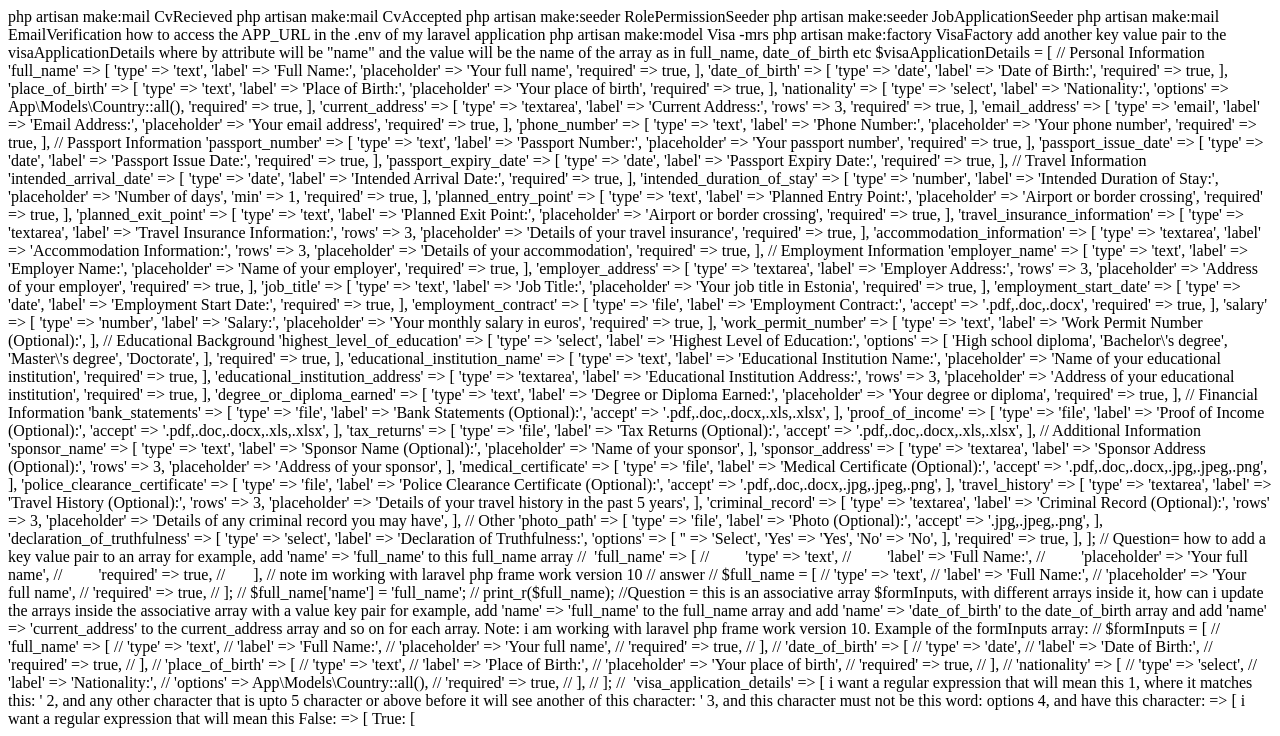
Repository: greatchriz/job
Page: project.html
An editor plug-in stored every save of this project. The page is shown before and after the next save, followed by the edit.
The browser window is 1280 px wide. The pictures show the whole page.

Above is the page before, as saved 2023-12-08 16:20:27.

### project.html
php artisan make:mail CvRecieved

php artisan make:mail CvAccepted


php artisan make:seeder RolePermissionSeeder


php artisan make:seeder JobApplicationSeeder

php artisan make:mail EmailVerification

how to access the APP_URL in the .env of my laravel application

php artisan make:model Visa -mrs

php artisan make:factory VisaFactory

<!-- question -->
add another key value pair to the visaApplicationDetails where by attribute will be "name" and the value will be the name of the array as in full_name, date_of_birth etc

<!-- visaApplicationDetails -->

$visaApplicationDetails = [
    // Personal Information
    'full_name' => [
        'type' => 'text',
        'label' => 'Full Name:',
        'placeholder' => 'Your full name',
        'required' => true,
    ],
    'date_of_birth' => [
        'type' => 'date',
        'label' => 'Date of Birth:',
        'required' => true,
    ],
    'place_of_birth' => [
        'type' => 'text',
        'label' => 'Place of Birth:',
        'placeholder' => 'Your place of birth',
        'required' => true,
    ],
    'nationality' => [
        'type' => 'select',
        'label' => 'Nationality:',
        'options' => App\Models\Country::all(),
        'required' => true,
    ],
    'current_address' => [
        'type' => 'textarea',
        'label' => 'Current Address:',
        'rows' => 3,
        'required' => true,
    ],
    'email_address' => [
        'type' => 'email',
        'label' => 'Email Address:',
        'placeholder' => 'Your email address',
        'required' => true,
    ],
    'phone_number' => [
        'type' => 'text',
        'label' => 'Phone Number:',
        'placeholder' => 'Your phone number',
        'required' => true,
    ],

    // Passport Information
    'passport_number' => [
        'type' => 'text',
        'label' => 'Passport Number:',
        'placeholder' => 'Your passport number',
        'required' => true,
    ],
    'passport_issue_date' => [
        'type' => 'date',
        'label' => 'Passport Issue Date:',
        'required' => true,
    ],
    'passport_expiry_date' => [
        'type' => 'date',
        'label' => 'Passport Expiry Date:',
        'required' => true,
    ],

    // Travel Information
    'intended_arrival_date' => [
        'type' => 'date',
        'label' => 'Intended Arrival Date:',
        'required' => true,
    ],
    'intended_duration_of_stay' => [
        'type' => 'number',
        'label' => 'Intended Duration of Stay:',
        'placeholder' => 'Number of days',
        'min' => 1,
        'required' => true,
    ],
    'planned_entry_point' => [
        'type' => 'text',
        'label' => 'Planned Entry Point:',
        'placeholder' => 'Airport or border crossing',
        'required' => true,
    ],
    'planned_exit_point' => [
        'type' => 'text',
        'label' => 'Planned Exit Point:',
        'placeholder' => 'Airport or border crossing',
        'required' => true,
    ],
    'travel_insurance_information' => [
        'type' => 'textarea',
        'label' => 'Travel Insurance Information:',
        'rows' => 3,
        'placeholder' => 'Details of your travel insurance',
        'required' => true,
    ],
    'accommodation_information' => [
        'type' => 'textarea',
        'label' => 'Accommodation Information:',
        'rows' => 3,
        'placeholder' => 'Details of your accommodation',
        'required' => true,
    ],

    // Employment Information
    'employer_name' => [
        'type' => 'text',
        'label' => 'Employer Name:',
        'placeholder' => 'Name of your employer',
        'required' => true,
    ],
    'employer_address' => [
        'type' => 'textarea',
        'label' => 'Employer Address:',
        'rows' => 3,
        'placeholder' => 'Address of your employer',
        'required' => true,
    ],
    'job_title' => [
        'type' => 'text',
        'label' => 'Job Title:',
        'placeholder' => 'Your job title in Estonia',
        'required' => true,
    ],

    'employment_start_date' => [
    'type' => 'date',
    'label' => 'Employment Start Date:',
    'required' => true,
],
'employment_contract' => [
    'type' => 'file',
    'label' => 'Employment Contract:',
    'accept' => '.pdf,.doc,.docx',
    'required' => true,
],
'salary' => [
    'type' => 'number',
    'label' => 'Salary:',
    'placeholder' => 'Your monthly salary in euros',
    'required' => true,
],
'work_permit_number' => [
    'type' => 'text',
    'label' => 'Work Permit Number (Optional):',
],

// Educational Background
'highest_level_of_education' => [
    'type' => 'select',
    'label' => 'Highest Level of Education:',
    'options' => [
        'High school diploma',
        'Bachelor\'s degree',
        'Master\'s degree',
        'Doctorate',
    ],
    'required' => true,
],
'educational_institution_name' => [
    'type' => 'text',
    'label' => 'Educational Institution Name:',
    'placeholder' => 'Name of your educational institution',
    'required' => true,
],
'educational_institution_address' => [
    'type' => 'textarea',
    'label' => 'Educational Institution Address:',
    'rows' => 3,
    'placeholder' => 'Address of your educational institution',
    'required' => true,
],
'degree_or_diploma_earned' => [
    'type' => 'text',
    'label' => 'Degree or Diploma Earned:',
    'placeholder' => 'Your degree or diploma',
    'required' => true,
],

// Financial Information
'bank_statements' => [
    'type' => 'file',
    'label' => 'Bank Statements (Optional):',
    'accept' => '.pdf,.doc,.docx,.xls,.xlsx',
],
'proof_of_income' => [
    'type' => 'file',
    'label' => 'Proof of Income (Optional):',
    'accept' => '.pdf,.doc,.docx,.xls,.xlsx',
],
'tax_returns' => [
    'type' => 'file',
    'label' => 'Tax Returns (Optional):',
    'accept' => '.pdf,.doc,.docx,.xls,.xlsx',
],

// Additional Information
'sponsor_name' => [
    'type' => 'text',
    'label' => 'Sponsor Name (Optional):',
    'placeholder' => 'Name of your sponsor',
],
'sponsor_address' => [
    'type' => 'textarea',
    'label' => 'Sponsor Address (Optional):',
    'rows' => 3,
    'placeholder' => 'Address of your sponsor',
],
'medical_certificate' => [
    'type' => 'file',
    'label' => 'Medical Certificate (Optional):',
    'accept' => '.pdf,.doc,.docx,.jpg,.jpeg,.png',
],
'police_clearance_certificate' => [
    'type' => 'file',
    'label' => 'Police Clearance Certificate (Optional):',
    'accept' => '.pdf,.doc,.docx,.jpg,.jpeg,.png',
],
'travel_history' => [
    'type' => 'textarea',
    'label' => 'Travel History (Optional):',
    'rows' => 3,
    'placeholder' => 'Details of your travel history in the past 5 years',
],
'criminal_record' => [
    'type' => 'textarea',
    'label' => 'Criminal Record (Optional):',
    'rows' => 3,
    'placeholder' => 'Details of any criminal record you may have',
],

// Other
'photo_path' => [
    'type' => 'file',
    'label' => 'Photo (Optional):',
    'accept' => '.jpg,.jpeg,.png',
],
'declaration_of_truthfulness' => [
    'type' => 'select',
    'label' => 'Declaration of Truthfulness:',
    'options' => [
        '' => 'Select',
        'Yes' => 'Yes',
        'No' => 'No',
    ],
    'required' => true,
],
];




// Question= how to add a key value pair to an array for example, add 'name' => 'full_name' to this full_name array
//  'full_name' => [
//         'type' => 'text',
//         'label' => 'Full Name:',
//         'placeholder' => 'Your full name',
//         'required' => true,
//       ],
// note im working with laravel php frame work version 10

// answer
// $full_name = [
//     'type' => 'text',
//     'label' => 'Full Name:',
//     'placeholder' => 'Your full name',
//     'required' => true,
// ];

// $full_name['name'] = 'full_name';

// print_r($full_name);

//Question = this is an associative array $formInputs, with different arrays inside it, how can i update the arrays inside the associative array with a value key pair for example, add 'name' => 'full_name' to the full_name array and add 'name' => 'date_of_birth' to the date_of_birth array and add 'name' => 'current_address' to the current_address array and so on for each array. Note: i am working with laravel php frame work version 10. Example of the formInputs array:
// $formInputs = [
//     'full_name' => [
//         'type' => 'text',
//         'label' => 'Full Name:',
//         'placeholder' => 'Your full name',
//         'required' => true,
//     ],
//     'date_of_birth' => [
//         'type' => 'date',
//         'label' => 'Date of Birth:',
//         'required' => true,
//     ],
//     'place_of_birth' => [
//         'type' => 'text',
//         'label' => 'Place of Birth:',
//         'placeholder' => 'Your place of birth',
//         'required' => true,
//     ],
//     'nationality' => [
//         'type' => 'select',
//         'label' => 'Nationality:',
//         'options' => App\Models\Country::all(),
//         'required' => true,
//     ],
// ];

//  'visa_application_details' => [

i want a regular expression that will mean this
1, where it matches this: '
2, and any other character that is upto 5 character or above before it will see another of this character: '
3, and this character must not be this word: options
4, and have this character: => [

i want a regular expression that will mean this
False: => [
True: [

After the next save:
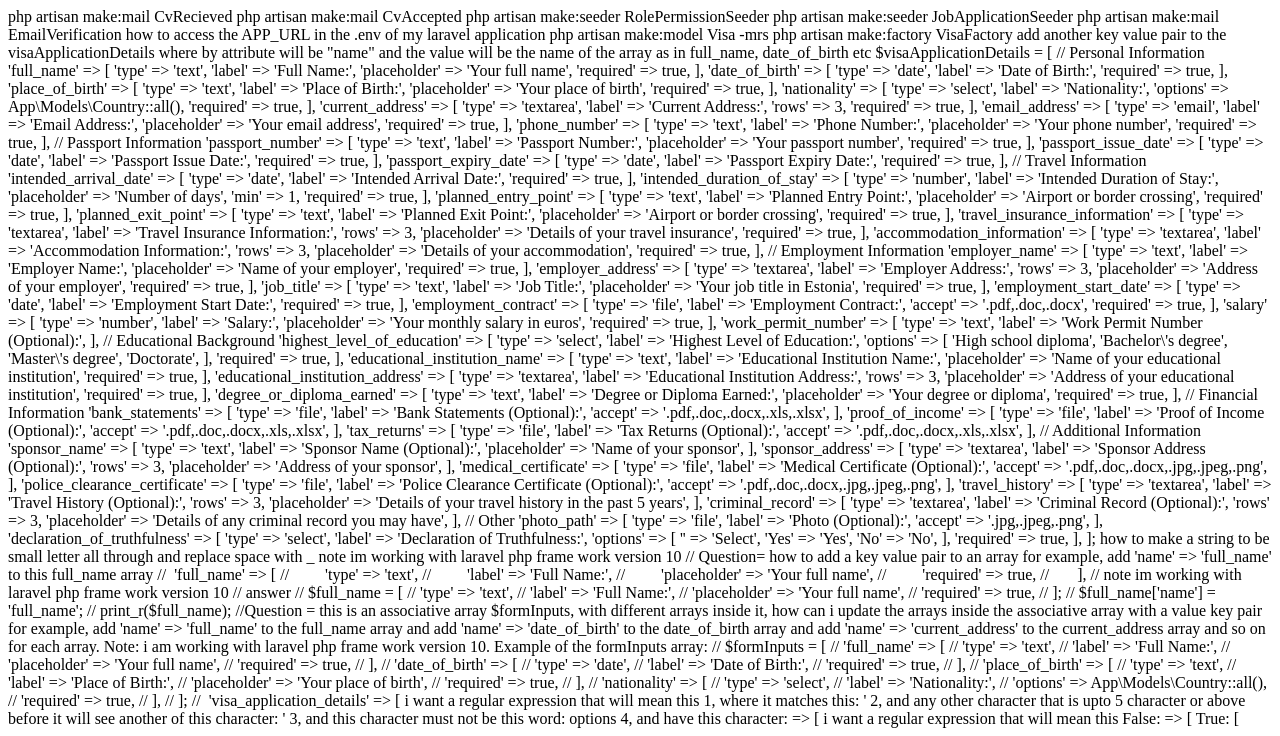
Saved 3 min 54 s later.
--- a/project.html
+++ b/project.html
@@ -269,6 +269,10 @@ $visaApplicationDetails = [
 ];
 
 
+<!-- Date of Birth => date_of_birth -->
+
+how to make a string to be small letter all through and replace space with _
+note im working with laravel php frame work version 10
 
 
 // Question= how to add a key value pair to an array for example, add 'name' => 'full_name' to this full_name array
